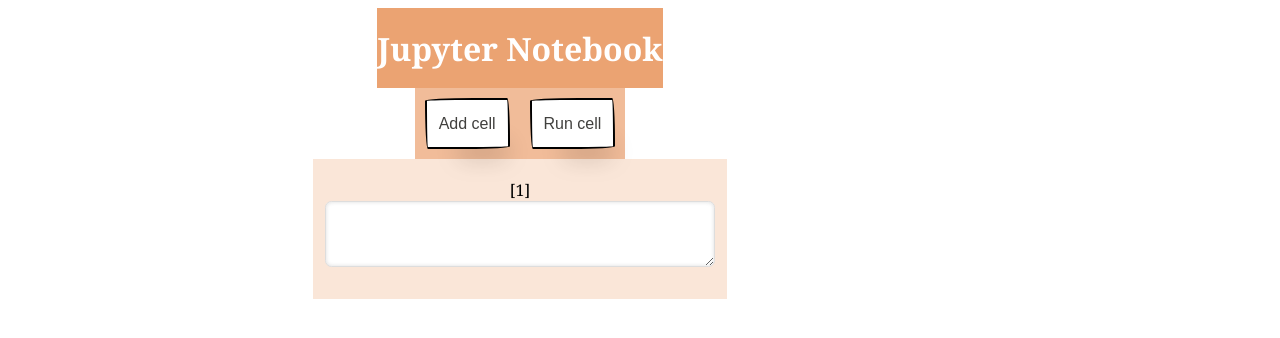
Repository: lingzi-liu/jupyter_notebook_prototype
Page: http://localhost/
These files come from the project's save history. The page is drawn as it stood at one moment and after the next save; the edit follows.
The browser window is 1280 px wide. The pictures show the whole page.
The page is served by the project's application, run on Flask 3 (app.py).

Above is the page before, as saved 2022-11-13 12:24:18.

### templates/index.html
<!DOCTYPE html>
<html lang="en">

<head>
    <meta charset="UTF-8">
    <meta http-equiv="X-UA-Compatible" content="IE=edge">
    <meta name="viewport" content="width=device-width, initial-scale=1.0">
    <link rel="stylesheet" href="../static/styles/style.css">
    <script defer src="../static/scripts/command_handler.js"></script>
    <script defer src="../static/scripts/add_cell.js"></script>
    <title>Jupter Notebook</title>
</head>

<body>
    <!-- Navigation Bar -->
    <div id="nav">
        <h1>Jupyter Notebook</h1>
    </div>


    <!-- Button Bar -->
    <div id="commands">
        <!-- Add Cell allows you to add new code cells -->
        <!--Triggering a function addCell() when clicked -->
        <button onclick="addCell()">Add cell</button>
        <!-- Run Cell allows you to run the code in a selected cell -->
        <!--Triggering a function runCell() when clicked -->
        <button onclick="runCell()" id="run">Run cell</button>
    </div>


    <!-- Cell list -->
    <div id="cell-list">
        <!-- Each cell is in separate division -->
        <!-- When clicked, the current cell should become the selected cell by triggering the function selectedCell(this) -->
        <div class="cell" id="1" onclick="selecteCell(this)">
            <h4>[1]</h4>
            <textarea onkeyup="do_resize(this);"></textarea>

            <!--a paragraph component below the cell box for the error message or result, if there is one
            -->
            <p></p>
        </div>
    </div>
</body>

</html>

### app.py
# Step1
from flask import Flask, request, render_template

from contextlib import redirect_stdout
import io
import ast # stands for abstract syntax tree

app = Flask(__name__)

# Step 3: Create a function evaluate_code(code) that takes in a string and returns the output
def evaluate_code(code):
    # Step2: Parse the input code
    parsed = ast.parse(code)


    # Context manager for temporarily redirecting sys.stdout to another file or file-like object.
    with redirect_stdout(io.StringIO()) as f:
        try:
            #
            for input in parsed.body:
                if type(input) == ast.Expr:
                    # eval() allows you to evaluate arbitrary Python expressions from a string-based or compiled-code-based input.
                    # diff: eval() only execute or evaluate expressions
                    result = eval(compile(ast.Expression(input.value), "<string>", "eval"), globals())
                    # show appropiate result
                    if result:
                        print(result)
                else:
                    # exec()can execute any piece of Python code.
                    exec(compile(ast.Module(body=[input], type_ignores=[]), "<string>", "exec"), globals())
        # If there is an exception, in the result print the exception with an error message
        except Exception as e:
            print('Error Occured!')
            print(e.__class__.__name__ + ' : ')
            print(e)


    return f.getvalue()


# Create a default ‘GET’ route for your flask object that directs you to the html page
@app.route('/',methods=['GET'])
def index():
    # Flask template
    # put index.html in templates folder otherwise it will throw a render_template error
    return render_template('index.html')

# Create ‘POST’ route that uses an evaluate function
@app.route('/evaluate', methods=['POST'])
def evaluate():
    # Step2: Extract the command from the json input
    data = request.json
    code = data['command']
    return {'result': evaluate_code(code)}

if __name__== '__main__':
    # set debug to true to see the log and applied changes
    app.run(port=8002, debug = True)

### static/styles/style.css
body {
  width: 80%;
  display: flex;
  flex-flow: column wrap;
  align-items: center;
}

#nav {
  height: 80px;
  background-color: rgba(228, 126, 58, 0.712);
  font-weight: bold;
  display: flex;
  align-items: center;
}

#nav h1 {
  margin: auto;
  color: white;
  font-family: Georgia, 'Times New Roman', Times, serif;
  text-align: center;
}

#commands {
  background-color: rgba(228, 126, 58, 0.516);
  display: flex;
  justify-content: space-around;
}

#commands button {
  margin: 10px;
  align-self: center;
  background-color: #fff;
  background-image: none;
  background-position: 0 90%;
  background-repeat: repeat no-repeat;
  background-size: 4px 3px;
  border-radius: 15px 225px 255px 15px 15px 255px 225px 15px;
  border-style: solid;
  border-width: 2px;
  box-shadow: rgba(0, 0, 0, .2) 15px 28px 25px -18px;
  box-sizing: border-box;
  color: #41403e;
  cursor: pointer;
  display: inline-block;
  font-family: Neucha, sans-serif;
  font-size: 1rem;
  line-height: 23px;
  outline: none;
  padding: .75rem;
  text-decoration: none;
  transition: all 235ms ease-in-out;
  border-bottom-left-radius: 15px 255px;
  border-bottom-right-radius: 225px 15px;
  border-top-left-radius: 255px 15px;
  border-top-right-radius: 15px 225px;
  user-select: none;
  -webkit-user-select: none;
  touch-action: manipulation;
}

#commands button:hover {
  box-shadow: rgba(0, 0, 0, .3) 2px 8px 8px -5px;
  transform: translate3d(0, 2px, 0);
}

#commands button:focus {
  box-shadow: rgba(0, 0, 0, .3) 2px 8px 4px -6px;
}

.cell {
  padding-top: 20px;
  margin: auto;
  align-items: center;
  display: flex;
  flex-flow: row wrap;
  justify-content: space-around;
}

#cell-list .cell:hover {
  background-color: rgba(228, 126, 58, 0.195);
}

#cell-list .cell textarea {
  border-radius: 0.4rem;
  border: 1px solid #ddd;
  padding: 0.5rem;
  color: #666;
  box-shadow: inset 0 0 0.25rem #ddd;
  font-family: Georgia, 'Times New Roman', Times, serif;
  font-size: large;
  width: 90%;

}

#cell-list .cell textarea:focus {
  outline: none;
  border: 1px solid darken(#ddd, 5%);
  box-shadow: inset 0 0 0.5rem darken(#ddd, 5%);
}

#cell-list .cell h4 {
  display: inline-block;
  margin: 0;
  padding: 0 10px;
  font-weight: lighter;
  font-family: Georgia, 'Times New Roman', Times, serif;
}

#cell-list .cell p {
  width: 100%;
  font-family: Georgia, 'Times New Roman', Times, serif;
  margin-left: 120px;
}

### static/scripts/command_handler.js
// runCell() takes the code in the cell and outputs the result if there is a result or the error if there is an error
function runCell() {
    // disable the button from being run again until we process the current code
    runButton = document.getElementById('run');
    runButton.disabled = true;

    cellNum = document.getElementById(selectedCellNumber);
    // get text from the textarea
    text = cellNum.children[1].value;

    // Send the text to the python backend as a command
    // get the response from post request
    fetch('/evaluate', {
        method: 'POST',
        headers: {
            'Content-Type': 'application/json'
        },
        body: JSON.stringify({
            command: text
        })
    }).then((response) => response.json()).then((data) => {
        // Insert the response below the respective code cell as a string
        cellNum.children[2].innerText = data.result;

        // enable the button again
        runButton.disabled = false;
    });
}

### static/scripts/add_cell.js
let selectedCellNumber = 1; //  the id of the currently selected cell
let maxCellNumber = 1; // the total number of cells

// adjusts the size of the text box depending on the text input.
// If the text input becomes larger than the current size of the textbox
// then we need to increase the size of the cell.
function do_resize(textbox) {
    var maxrows = 50;
    var txt = textbox.value;
    var cols = textbox.cols;

    var arraytxt = txt.split('\n');
    var rows = arraytxt.length;

    for (i = 0; i < arraytxt.length; i++)
        rows += parseInt(arraytxt[i].length / cols);

    if (rows > maxrows) textbox.rows = maxrows;
    else textbox.rows = rows;
}

// changes the selected cell based on an input cell.
function selecteCell(cell) {
    if (selectedCellNumber) {
        document.getElementById(selectedCellNumber).style.backgroundColor = "white";
    }
    selectedCellNumber = cell.id;
    document.getElementById(selectedCellNumber).style.backgroundColor = "rgba(228, 126, 58, 0.195)";
    console.log('cell selected: ', selectedCellNumber)
}

// Ensure that the selected cell when the page is first opened is the first and only cell on the page
selecteCell(document.getElementById("1"))

// adds a cell below the current cells
function addCell() {
    maxCellNumber++;
    cellList = document.getElementById("cell-list");
    cellList.insertAdjacentHTML('beforeend',
        `<div class="cell" id="${maxCellNumber}" onclick="selecteCell(this)">
            <h4>[${maxCellNumber}]</h4>
            <textarea onkeyup="do_resize(this);"></textarea>
            <p></p>
        </div>`);

    selecteCell(document.getElementById(maxCellNumber));
}

After the next save:
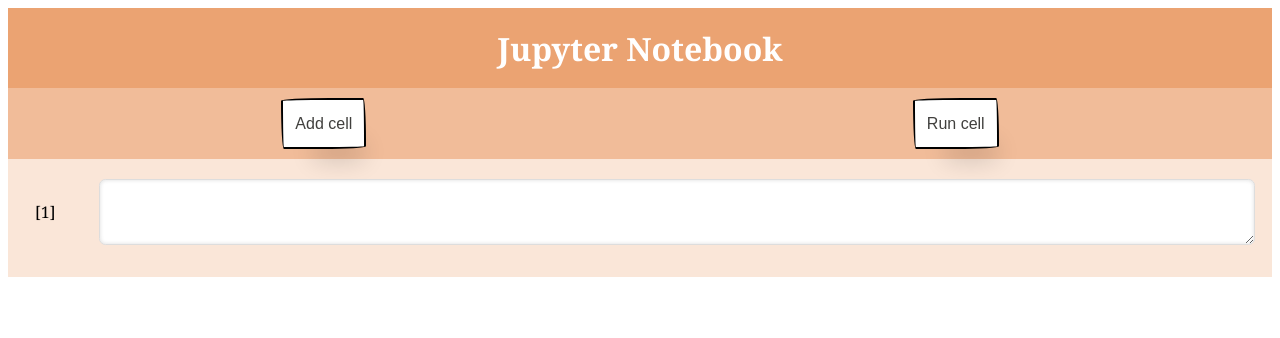
Saved 21 s later.
--- a/static/styles/style.css
+++ b/static/styles/style.css
@@ -1,10 +1,3 @@
-body {
-  width: 80%;
-  display: flex;
-  flex-flow: column wrap;
-  align-items: center;
-}
-
 #nav {
   height: 80px;
   background-color: rgba(228, 126, 58, 0.712);
